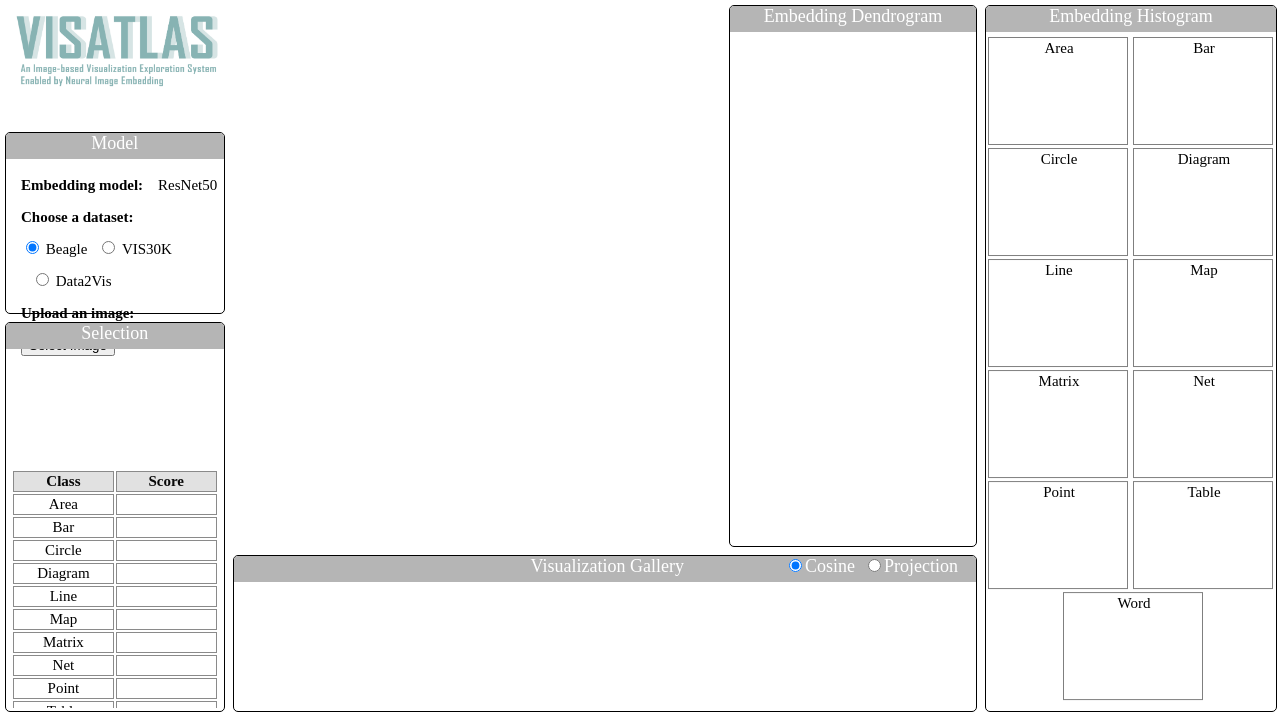
Repository: yilinye/AI_and_human_paintings
Page: / (app in VIS4AI_art/Frontend/)
The author's editor kept a copy of each file at every save. The page is drawn from the files as they stood at one save, then again after the next save.
The browser window is 1280 px wide. The pictures show the whole page.
The page's requests for data from a server got no answer. The project was rebuilt for these pictures with package versions that can differ from the ones it lists, and the page was loaded fresh each time. No one was signed in, and anything a server would have sent is missing. Also part of the build but not shown: VIS4AI_art/Frontend/vite.config.js, VIS4AI_art/Frontend/vue.config.js, VIS4AI_art/Frontend/src/components/WelcomeItem.vue, VIS4AI_art/Frontend/src/components/icons/IconDocumentation.vue, VIS4AI_art/Frontend/src/components/icons/IconTooling.vue, VIS4AI_art/Frontend/src/components/icons/IconEcosystem.vue, VIS4AI_art/Frontend/src/components/icons/IconCommunity.vue, VIS4AI_art/Frontend/src/components/icons/IconSupport.vue and 2 more.

Above is the page before, as saved 2022-04-30 21:09:48.

### VIS4AI_art/Frontend/src/App.vue
<!--
 * @Author: Qing Shi
 * @LastEditTime: 2022-04-12 22:41:44
 * @Knowledge:
 * @Description:
 * @Attention:
-->

<template>
  <VisView/>
</template>

<script>
import VisView from "./views/visView.vue";

// var Event = new Vue();
export default {
    components: { VisView }
}
</script>

<style>
@import "./assets/base.css";

#app {
  height: calc(100%);
  font-weight: normal;
}

</style>

### VIS4AI_art/Frontend/src/assets/base.css
body {

  margin: 0%;
  height: 100%;
  width: 100%;
  background-color: rgb(255, 255, 255);
  overflow: hidden;
}


#titleBar {
  background: rgb(181, 181, 181);
  height: 26px;
  width: calc(100% + 0px);
  border-radius: 4px 4px 0px 0px;
  /* border: solid 1px; */
  transform: translate(0px);
  text-align: center;
  color: white;
  font-size: 18px;
}


/*chrome--------------------------------------------start*/
::-webkit-scrollbar {
  width: 8px;
  height: 8px;
}

/* Track */
::-webkit-scrollbar-track {
  background: #ffffff;
  border-radius: 8px;
}

/* Handle */
::-webkit-scrollbar-thumb {
  background: rgb(201, 201, 202);
  border-radius: 8px;
}

/* Handle on hover */
::-webkit-scrollbar-thumb:hover {
  background: rgb(162, 162, 163);
}

.el-menu::-webkit-scrollbar,
.el-table__body-wrapper::-webkit-scrollbar {
  display: none;
}

.el-menu:hover::-webkit-scrollbar,
.el-table__body-wrapper:hover::-webkit-scrollbar {
  display: block;
}

/*chrome--------------------------------------------end*/

### VIS4AI_art/Frontend/src/views/visView.vue
<template>
  <div style="height:100%;width:100%;">
    <!-- System Logo -->
    <div id="logoView">
      <img
        src="../assets/logo.png"
        alt=""
        style="width: 100%; height=auto;"
      >
    </div>
    <!-- Model -->
    <div id="modelView">
      <ModelView
        @getFilePath="getFilePath"
        @queryNode="updateQuery"
      />
    </div>
    <!-- Selection -->
    <div id="selectView">
      <SelectView />
    </div>
    <!-- Main View -->
    <div id="mainView">
      <MainView
        ref="mainV"
        @updateTree="updateTree"
        @updateGallery="updateGallery"
      />
    </div>
    <!-- Embedding Dendrogram -->
    <div id="dendrogramView">
      <DendrogramView ref="dendrogram" />
    </div>
    <!-- Embedding Histogram -->
    <div id="histogramView">
      <HistogramView @updateTree="updateTree" />
    </div>
    <!-- Visualization Gallery -->
    <div id="galleryView">
      <GalleryView
        ref="gallery"
        @updateGType="updateType"
        @updateSelectNode="updateSelectNode"
      />
    </div>
  </div>
</template>

<script>
import * as d3 from 'd3';
import SelectView from "../components/selectView.vue";
import MainView from "../components/mainView.vue";
import DendrogramView from "../components/dendrogramView.vue";
import HistogramView from "../components/histogramView.vue";
import GalleryView from "../components/galleryView.vue";
import ModelView from "../components/modelView.vue";
export default {
  components: { SelectView, MainView, DendrogramView, HistogramView, GalleryView, ModelView },
  data () {
    return {
      //! init file path
      pth: { filePath: "/src/visData/Beagle reorder.csv" },

      // pth: { filePath: "/src/visData/data2vis reorder.csv" },
    }
  },
  provide () {
    //! we need provide an object, which can watch by other components
    return {
      fileP: this.pth,
    }
  },
  methods: {
    /**
     * @description: change file path from model view's <input>
     * @param {String} val file path from model
     * @return {*} none
     */
    getFilePath: function (val) {
      this.pth.filePath = val;
      this.fileP = this.pth;
    },
    /**
     * @description: change dendrogram view's tree
     * @param {Array} treeData data of the tree
     * @param {Int} sumTree Number of all selected elements
     * @return {*}
     */
    updateTree (treeData, sumTree) {
      this.$refs.dendrogram.drawTree(treeData, sumTree);
    },
    /**
     * @description: change the gallery using new selected element data
     * @param {Array} data
     * @return {*}
     */
    updateGallery (data) {
      this.$refs.gallery.setCloseNode(data);
    },
    /**
     * @description: change gallery type (Cosine or Projection)
     * @param {*} data Calculation method of distance (Cosine or Projection)
     * @return {*}
     */
    updateType (data) {
      this.$refs.mainV.setGalleryType(data);
    },
    /**
     * @description: set a new selected node to refresh the system
     * @param {*} data selected element (node) data
     * @return {*}
     */
    updateSelectNode (data) {
      this.$refs.mainV.setSelectNode(data);
    },
    /**
     * @description: query a new Picture
     * @param {*} data new picture information which from model view
     * @return {*}
     */
    updateQuery (data) {
      this.$refs.mainV.setQuery(data);
    }
  }
}
</script>

<style>
#logoView {
  position: absolute;
  left: 5px;
  top: 5px;
  /* height: 17%; */
  width: 17%;
  margin-left: 5px;
  /* border: solid 1px; */
}

#modelView {
  /* margin-left: 5px; */
  position: absolute;
  left: 5px;
  top: calc(17% + 5px + 5px);
  height: 25%;
  width: 17%;
  border: solid 1px;
  border-radius: 5px;
}

#selectView {
  position: absolute;
  left: 5px;
  top: calc(42% + 15px + 5px);
  height: calc(58% - 30px);
  width: 17%;
  border: solid 1px;
  border-radius: 5px;
}

#mainView {
  position: absolute;
  left: calc(15px + 17%);
  top: calc(5px);
  height: calc(75%);
  width: calc(38%);
  /* border: solid 1px;
  border-radius: 5px; */
}

#dendrogramView {
  position: absolute;
  left: calc(25px + 55%);
  top: calc(5px);
  height: calc(75%);
  width: calc(20% - 10px);
  border: solid 1px;
  border-radius: 5px;
}

#galleryView {
  position: absolute;
  left: calc(15px + 17%);
  top: calc(15px + 75%);
  height: calc(25% - 25px);
  width: calc(58%);
  border: solid 1px;
  border-radius: 5px;
}

#histogramView {
  position: absolute;
  left: calc(25px + 75%);
  top: calc(5px);
  height: calc(100% - 15px);
  width: calc(25% - 30px);
  border: solid 1px;
  border-radius: 5px;
}
</style>

### VIS4AI_art/Frontend/src/components/selectView.vue
<!--
 * @Author: Qing Shi
 * @LastEditTime: 2022-04-30 21:09:27
 * @Knowledge:
 * @Description:
 * @Attention:
-->
<template>
  <div style="height: 100%">
    <div id="titleBar">
      {{ viewName }}
    </div>
    <div id="selectPic">
      <div
        v-if="isChoose"
        id="isChoose"
      >
        <img
          id="nodePic"
        >
      </div>
    </div>
    <div id="selectTable">
      <table style="width:calc(100% - 10px);text-align: center;margin-top:2px;height:calc(100% - 10px);margin-bottom:5px;margin-left:5px; margin-right: 5px;">
        <tr style="height:calc(8% - 30px)">
          <th>Class</th>
          <th>Score</th>
        </tr>
        <tr
          v-for="item in items"
          :key="item.className"
          style="height:calc(8% - 30px)"
        >
          <td>{{ item.className }}</td>
          <td :id="item.className+'Table'">{{ item.classScore }}</td>
        </tr>
      </table>
    </div>
  </div>
</template>

<script>
export default {
  data () {
    return {
      viewName: "Selection",
      isChoose: true,
      picPath: "/src/assets/logo.svg",
      items: {
        Area: { className: "Area", classScore: "" },
        Bar: { className: "Bar", classScore: "" },
        Circle: { className: "Circle", classScore: "" },
        Diagram: { className: "Diagram", classScore: "" },
        Line: { className: "Line", classScore: "" },
        Map: { className: "Map", classScore: "" },
        Matrix: { className: "Matrix", classScore: "" },
        Net: { className: "Net", classScore: "" },
        Point: { className: "Point", classScore: "" },
        Table: { className: "Table", classScore: "" },
        Word: { className: "Word", classScore: "" },
      }
    }
  }
}
</script>

<style>
#selectPic {
  height: 30%;
  width: 100%;
}
#isChoose {
  text-align: center;
  margin-top: 1px;
  margin-left: 6px;
  margin-right: 6px;
  margin-bottom: 2px;
  height: 100%;
  display: flex;
  flex-direction: column;
  justify-content: center;
  align-items: center;
}
#selectTable {
  height: calc(70% - 30px);
  width: 100%;
  overflow: auto;
  /* background-color: #000000; */
}

th {
  text-align: middle;
  /* padding-left: 45px; */
  /* border-bottom: 1px solid #ddd; */
  border: 1px solid rgb(138, 138, 138);
  /* background-color: white; */
  background-color: rgb(225, 225, 225);
  color: rgb(7, 7, 7);
  font-size: 15px;
  /* color: white; */
}

td {
  text-align: middle;
  /* padding-left: 45px; */
  width: 50%;
  /* border-bottom: 1px solid #ddd; */
  border: 1px solid rgb(138, 138, 138);
  font-size: 15px;
  color: black;
  /* height: 100% */
}

/* tr {
  height: calc(100%)
} */

tr:hover {
  background-color: rgb(231, 164, 179);
}
</style>

### VIS4AI_art/Frontend/src/components/histogramView.vue
<!--
 * @Author: Qing Shi
 * @LastEditTime: 2022-04-30 21:09:09
 * @Knowledge:
 * @Description:
 * @Attention:
-->
<template>
  <div>
    <div id="titleBar">
      {{ viewName }}
    </div>
    <div id="mainHistogram">
      <div
        v-for="(ty, index) in typeName"
        :key="ty"
        :id="'His' + ty"
        v-bind:style="{ border: 'solid 1px rgba(0, 0, 0, 0.5)', width: wd, height:hs, position: 'absolute', left: '2px', transform: 'translate(' + (index == 10 ? 'calc(50% + 5px)' : index % 2 ? 'calc(100% + 5px)' : '0') + ',' + 'calc(' + ((Math.floor(index / 2)) * 100) + '% + ' + ((Math.floor(index / 2)) * 3) + 'px' + ' + 5px)' + ')' }"
      >

      </div>
    </div>
  </div>
</template>

<script>
import * as d3 from 'd3';
import { dataService } from '../service';
export default {
  mounted () {
    // dataService.fetchData({ 'filePath': this.fileP.filePath }, fileData => {
    //   console.log(11111);

    //   // this.drawHistogram(fileData.data.data, this.typeName);
    // });
    this.typeName.forEach(d => {
      this.createSVG(d);
    })


    this.drawHistogram(this.fileP.filePath, this.typeName);
    // watch window size
    this.screenWidth = document.body.clientWidth
    window.onresize = () => {   //屏幕尺寸变化就重新赋值
      return (() => {
        this.screenWidth = document.body.clientWidth
      })()
    }
  },
  data () {
    return {
      viewName: "Embedding Histogram",
      typeName: ["Area", "Bar", "Circle", "Diagram", "Line", "Map", "Matrix", "Net", "Point", "Table", "Word"],
      hs: "calc(16.6% - 11px)",
      wd: "calc(50% - 7px)",
      screenWidth: null,  //屏幕尺寸
      selectType: '',
      xAxis: undefined,
      yAxis: {},
      hisWidth: 0,
      hisHeight: 0,
      levelCluster: {
        "Beagle": ['Circle', 'Map', 'Line', 'Area', 'Bar', 'Net', 'Point', 'Diagram', 'Matrix', 'Table', 'Word'],
        "VIS": ["Map", "Circle", "Bar", "Point", "Line", "Diagram", "Matrix", "Net", "Area", "Table", "Word"],
        "Data": ["Area", "Line", "Bar", "Point"]
      },

    };
  },
  inject: ['fileP'],
  methods: {
    createSVG: function (hisType) {
      d3.select("#" + hisType + 'Svg').remove();
      const hisHeight = document.getElementById(('His' + hisType)).offsetHeight;
      const hisWidth = document.getElementById(('His' + hisType)).offsetWidth;
      this.hisHeight = hisHeight;
      this.hisWidth = hisWidth;
      d3.select('#His' + hisType)
        .append('svg')
        .attr('id', hisType + 'Svg')
        .attr('width', hisWidth)
        .attr('height', hisHeight)
      d3.select('#' + hisType + 'Svg')
        .append('text')
        .text(hisType)
        .attr('font-size', 15)
        .attr('text-anchor', 'middle')
        .attr('y', 15)
        .attr('x', hisWidth / 2)
    },
    /**
     * @description: data processing and use function
     * @param {String} filePath: which file will be used, selected in modelView.vue
     * @param {Array} hisTypeArray: Feature Group
     * @return {*}
     */
    drawHistogram: function (filePath, hisTypeArray) {
      d3.csv(filePath).then((fileData) => {
        hisTypeArray.forEach(hisType => {
          // index name need small letters
          let hisTag = hisType.toLowerCase();
          const hisData = new Object();
          for (let i = 0; i < fileData.length; ++i) {
            let indexNum = Math.floor(parseFloat(fileData[i][hisTag]) * 10);
            if (indexNum == 10) indexNum--; // let 1 to 0.9 ~ 1
            if (indexNum == 0) continue;
            if (typeof (hisData[indexNum]) == 'undefined') {
              hisData[indexNum] = { cnt: 0, items: [] };
            }
            hisData[indexNum].cnt++;
            hisData[indexNum].items.push(fileData[i]);
          }

          // remove old View
          d3.select("#his_g_" + hisType).remove();
          // define new View
          d3.select("#" + hisType + "Svg")
            .append('g')
            .attr("id", "his_g_" + hisType);

          this.drawRectAndAxis(hisData, hisType);
          this.drawSelectRect(hisData, hisType);
          this.RectBrush(hisData, hisType);
          // this.allHisData[hisType] = hisData;
          // d3.select("#selCircle8").transition().duration(2000).attr('y', 20).attr("height", 70);
        })
      });
    },
    drawRectAndAxis: function (hisData, hisType) {
      // remove old View
      d3.select("#his_rect_g_" + hisType).remove();
      // define new View
      const his_g = d3.select("#his_g_" + hisType)
        .append('g')
        .attr("id", "his_rect_g_" + hisType);

      const hisArray = new Array();

      for (let i in hisData)
        hisArray.push(hisData[i].cnt);

      const xAxis = d3.scaleLinear()
        .domain([0.1, 1.0])
        .range([0, this.hisWidth - 60])
      const yAxis = d3.scaleLinear()
        .domain([0, d3.max(hisArray)])
        .range([this.hisHeight - 42, 0]);
      this.xAxis = xAxis;
      this.yAxis[hisType] = yAxis;

      his_g.append('g')
        .selectAll("#hisRect" + hisType)
        .attr('id', "hisRect" + hisType)
        .data(hisArray)
        .enter()
        .append('rect')
        .attr("dmax", d3.max(hisArray))
        .attr('x', (d, i) => {
          return this.xAxis((i + 1) / 10) + 45 + 5;
        })
        .attr('y', (d, i) => {
          return this.yAxis[hisType](d) + 20;
        })
        .attr('height', d => {
          return this.hisHeight - 42 - this.yAxis[hisType](d)
        })
        .attr('width', 10)
        .attr('fill', "rgb(198, 198, 198)");
      // draw Axis
      his_g.append('g')
        .call(d3.axisBottom(xAxis).ticks(5))
        .attr("transform", `translate(${45}, ${this.hisHeight - 22})`);
      his_g.append('g')
        .call(d3.axisLeft(yAxis).ticks(5))
        .attr("transform", `translate(${45}, ${20})`);
    },
    drawSelectRect: function (hisData, hisType) {
      // remove old View
      d3.select("#his_sel_g_" + hisType).remove();
      // define new View
      const his_g = d3.select("#his_g_" + hisType)
        .append('g')
        .attr("id", "his_sel_g_" + hisType);

      const hisArray = new Array();
      for (let i in hisData)
        hisArray.push(hisData[i].cnt);
      // console.log()
      his_g.append('g')
        .selectAll("#hisSelRect" + hisType)
        .attr('id', "hisSelRect" + hisType)
        .data(hisArray)
        .enter()
        .append('rect')
        .attr("dmax", this.yAxis[hisType].domain()[1])
        .attr("hisHeight", this.hisHeight)
        .attr("id", (d, i) => {
          return "sel" + hisType + (i + 1);
        })
        .attr('x', (d, i) => {
          return this.xAxis((i + 1) / 10) + 45 + 5;
        })
        .attr('y', (d, i) => {
          return this.hisHeight - 20;
        })
        .attr('height', d => {
          return 0;
        })
        .attr('width', 10)
        .attr('fill', "orange");
    },
    RectBrush (hisData, hisType) {
      let _this = this;
      const hisArray = new Array();
      for (let i in hisData)
        hisArray.push(hisData[i].cnt);
      const brush = d3.brush()
        .extent([
          [30, 15],
          [_this.hisWidth - 5, _this.hisHeight - 10]
        ])
        .on('start', function ({ selection }) {
          if (selection != null) {
            d3.select('#brush_rect').remove();
          }
        })
        // .on('brush', brushing)
        .on('end', brushed);
      // console.log(hisData)
      const brush_g = d3.select("#his_g_" + hisType)
        .append('g')
        .attr('id', 'brush_g' + hisType)
        .call(brush);

      // I really don't like programing this function, but it's the method which can clear the brush.
      function brushed ({ selection }) {
        if (selection != null) {
          const [
            [x0, y0],
            [x1, y1]
          ] = selection;
          d3.select('#his_g_' + hisType)
            .append("rect")
            .attr('id', 'brush_rect')
            .attr('x', x0)
            .attr('y', y0)
            .attr('width', x1 - x0)
            .attr('height', y1 - y0)
            .attr('fill', 'white')
            .attr('fill-opacity', 0)
            .attr('stroke', '#2378ae')
            .attr('stroke-dasharray', '4, 4')
            .attr('stroke-width', 3);

          let levelType = undefined;
          let pidScatter = {};

          let filePath = _this.fileP.filePath;
          if (filePath[13] == 'B') {
            levelType = _this.levelCluster["Beagle"];
          }

          if (filePath[13] == 'v') {
            levelType = _this.levelCluster["VIS"];
          }

          if (filePath[13] == 'd') {
            levelType = _this.levelCluster["Data"];
          }
          let treeCnt = {};
          console.log(levelType);
          levelType.forEach(d => {
            treeCnt[d.toLowerCase()] = {
              value: 0,
              id: d
            }
          })
          let selectData = {};
          _this.typeName.forEach(d => {
            selectData[d] = {};
            for (let i = 1; i <= 9; ++i)
              selectData[d][i] = { cnt: 0 };
          })
          for (let i = 0; i < 9; ++i) {
            if (x0 < _this.xAxis((i + 1) / 10) + 45 + 5 && _this.xAxis((i + 1) / 10) + 45 + 5 < x1) {
              hisData[i + 1].items.forEach(d => {
                pidScatter[d.pid] = 1;
                // d3.select("#rad_cir" + d.pid).attr('opacity', 1).attr('r', 4);
                _this.typeName.forEach(hisTag => {
                  let indexNum = Math.floor(parseFloat(d[hisTag.toLowerCase()]) * 10);
                  if (indexNum == 10) indexNum--; // let 1 to 0.9 ~ 1
                  if (indexNum != 0) {
                    selectData[hisTag][indexNum].cnt++;
                  }
                })
                treeCnt[d['class']].value++;
              })
            }
          }
          d3.selectAll('.rad_cir')
            .attr('r', d => {
              return pidScatter[d.pid] == 1 ? 2 : 0;
            })
          for (let i in selectData) {
            for (let j in selectData[i]) {
              d3.select("#sel" + i + (j))
                .transition().duration(1000)
                .attr('y', _this.yAxis[i](selectData[i][j].cnt) + 20)
                .attr("height", _this.hisHeight - 42 - _this.yAxis[i](selectData[i][j].cnt));
            }
          }
          let treeData = [];
          let sumTree = 0;
          for (let i in treeCnt) {
            if (treeCnt[i].value > 0) {
              treeData.push({
                value: treeCnt[i].value,
                id: treeCnt[i].id.toLowerCase(),
                top: sumTree
              });
              sumTree += treeCnt[i].value;
            }
          }
          _this.updateTree(treeData, sumTree);
          // clear brush
          d3.select(this).call(brush.move, null);
        }
      }
    },
    updateTree (treeData, sumTree) {
      this.$emit('updateTree', treeData, sumTree);
    }
  },
  watch: {
    fileP: {
      handler (newValue, oldValue) {
        console.log(newValue)
        this.drawHistogram(this.fileP.filePath, this.typeName);
      },
      deep: true
    },
    screenWidth: {
      handler (newValue, oldValue) {
        this.typeName.forEach(d => {
          this.createSVG(d);
        })
        this.drawHistogram(this.fileP.filePath, this.typeName);
      }
    }
  }
}
</script>

<style>
#mainHistogram {
  height: calc(100% - 30px);
  width: calc(100%);
  /* background-color: #000; */
}
.selection {
  fill: none;
  stroke: #2378ae;
  stroke-width: 3;
  stroke-dasharray: 4, 4;
}
</style>

### VIS4AI_art/Frontend/src/components/galleryView.vue
<template>
  <div style="width: 100%; height: 100%;">
    <div id="titleBar">
      <span style="position: absolute; left: 40%;">{{ viewName }}</span>
      <span style="float: right">
        <form
          id="select-distance"
          style="margin-top:0;margin-right:18px"
        >

          <input
            type="radio"
            id="metricChoice1"
            name="contact"
            value="cosine"
            checked="checked"
            @click="updateType('Cosine')"
          >
          <label for="metricChoice1">Cosine</label>

          <input
            type="radio"
            id="metricChoice2"
            name="contact"
            value="radviz"
            style="margin-left:13px;padding-top:50%;"
            @click="updateType('Projection')"
          >
          <label for="metricChoice2">Projection</label>

        </form>
      </span>

    </div>
    <div id="nodeGallery">
      <div style="height: 100%; white-space: nowrap;">
        <div
          v-for="(item, index) in closeNode"
          :key="index"
          class="closeNode"
        >
          <img
            :src="'/src/assets' + item.path.slice(1)"
            alt=""
            :pid="item.pid"
            style="height:100%;"
            @click="updateSelectNode(item)"
          >
        </div>
      </div>
    </div>
  </div>
</template>

<script>
export default {
  data () {
    return {
      viewName: "Visualization Gallery",
      closeNode: []
    }
  },
  methods: {
    /**
     * @description: set the closeNode
     * @param {Array} data picture information from visView.vue
     * @return {*}
     */
    setCloseNode (data) {
      // console.log(data);
      this.closeNode = data;
    },
    /**
     * @description: change the gallery type
     * @param {String} data Cosine / Projection
     * @return {*}
     */
    updateType (data) {
      // console.log(data)
      this.$emit('updateGType', data);
    },
    /**
     * @description: select a picture and upload information
     * @param {*} data data bound to the picture
     * @return {*}
     */
    updateSelectNode (data) {
      this.$emit("updateSelectNode", data);
    }
  }
}
</script>

<style>
#nodeGallery {
  overflow-x: scroll;
  overflow-y: hidden;
  width: 100%;
  height: calc(100% - 30px);
}
.closeNode {
  /* position: absolute; */
  /* width: 20%; */
  height: calc(100% - 10px);
  /* padding-bottom: 50%; */
  /* position: fixed; */
  margin-top: 5px;
  margin-bottom: 5px;
  border: solid 1px;
  margin-left: 2.5px;
  margin-right: 2.5px;
  /* float: left; */
  white-space: normal;
  display: inline-block;
  /* display: flex; */
  flex-direction: column;
  justify-content: center;
  align-items: center;
}
</style>

Loaded but not shown: VIS4AI_art/Frontend/index.html (common file); VIS4AI_art/Frontend/src/service/modules/dataService.js (24 lines, source omitted); VIS4AI_art/Frontend/src/router/index.js (21 lines, source omitted); VIS4AI_art/Frontend/src/main.js (11 lines, source omitted); VIS4AI_art/Frontend/src/service/index.js (1 lines, source omitted); VIS4AI_art/Frontend/src/components/mainView.vue (839 lines, source omitted); VIS4AI_art/Frontend/src/components/dendrogramView.vue (279 lines, source omitted); VIS4AI_art/Frontend/src/components/modelView.vue (167 lines, source omitted)

After the next save:
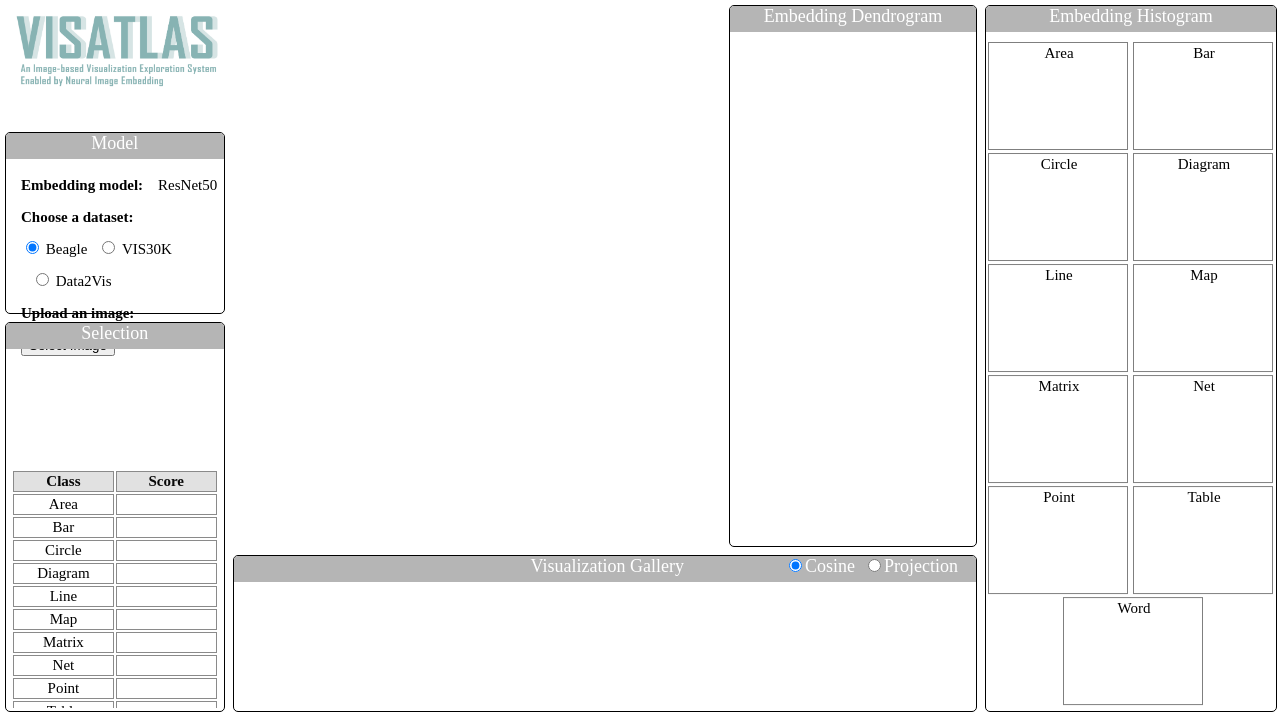
Saved 50 s later.
--- a/VIS4AI_art/Frontend/src/components/histogramView.vue
+++ b/VIS4AI_art/Frontend/src/components/histogramView.vue
@@ -1,6 +1,6 @@
 <!--
  * @Author: Qing Shi
- * @LastEditTime: 2022-04-30 21:09:09
+ * @LastEditTime: 2022-04-30 21:10:38
  * @Knowledge:
  * @Description:
  * @Attention:
@@ -15,7 +15,7 @@
         v-for="(ty, index) in typeName"
         :key="ty"
         :id="'His' + ty"
-        v-bind:style="{ border: 'solid 1px rgba(0, 0, 0, 0.5)', width: wd, height:hs, position: 'absolute', left: '2px', transform: 'translate(' + (index == 10 ? 'calc(50% + 5px)' : index % 2 ? 'calc(100% + 5px)' : '0') + ',' + 'calc(' + ((Math.floor(index / 2)) * 100) + '% + ' + ((Math.floor(index / 2)) * 3) + 'px' + ' + 5px)' + ')' }"
+        v-bind:style="{ border: 'solid 1px rgba(0, 0, 0, 0.5)', width: wd, height:hs, position: 'absolute', left: '2px', transform: 'translate(' + (index == 10 ? 'calc(50% + 5px)' : index % 2 ? 'calc(100% + 5px)' : '0') + ',' + 'calc(' + ((Math.floor(index / 2)) * 100) + '% + ' + ((Math.floor(index / 2)) * 3) + 'px' + ' + 10px)' + ')' }"
       >
 
       </div>
